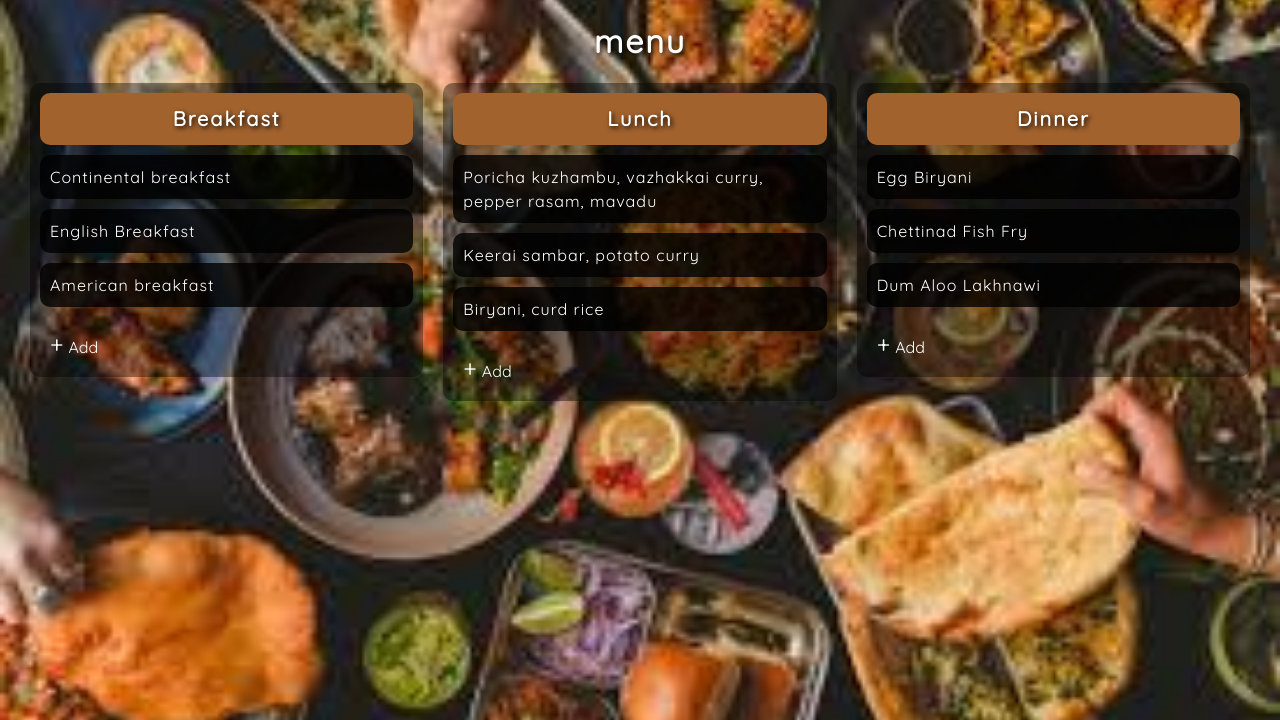
Repository: Anasooya2601/drag-and-drop
Page: index.html
The author's editor kept a copy of each file at every save. The page is drawn from the files as they stood at one save, then again after the next save.
The browser window is 1280 px wide. The pictures show the whole page.

Above is the page before, as saved 2021-02-05 01:35:45.

### index.html
<!DOCTYPE html>
<html lang="en">
<head>
    <meta charset="UTF-8">
    <meta name="viewport" content="width=device-width, initial-scale=1.0">
    <title>Drag and Drop</title>
    <link rel="icon" type="image/png" href="favicon.png">
    <link rel="stylesheet" href="style.css">
</head>
<body>
    <h1 class="main-title">menu</h1>
    <div class="drag-container">
        <ul class="drag-list">
<!-- breakfast column -->

<li class="drag-column backlog-column">
    <span class="header">
        <h1>Breakfast</h1>
    </span>
    <!-- breakfast-content -->
    <div id="backlog-content">
        <ul class="drag-item-list"id= "backlog-list">
            <li class="drag-item"> Continental breakfast</li>
            <li class="drag-item">English Breakfast</li>
            <li class="drag-item">American breakfast</li>
        </ul>
    </div>
    <!-- add-button -->
    <div class="add-btn-group">
        <div class="add-btn">
    <span class="plus-sign">+</span>
    <span>Add</span>
</div>
<div class="add-btn solid">
    <span>save</span>
</div>
<div class="add-container">
    <div class="add-item"></div>

</div>

    </div>
</li>
<li class="drag-column backlog-column">
    <span class="header">
        <h1>Lunch</h1>
    </span>
    <!-- breakfast-content -->
    <div id="backlog-content">
        <ul class="drag-item-list"id= "backlog-list">
            <li class="drag-item"> Poricha kuzhambu, vazhakkai curry, pepper rasam, mavadu</li>
            <li class="drag-item">Keerai sambar, potato curry</li>
            <li class="drag-item">Biryani, curd rice</li>
        </ul>
    </div>
    <!-- add-button -->
    <div class="add-btn-group">
        <div class="add-btn">
    <span class="plus-sign">+</span>
    <span>Add</span>
</div>
<div class="add-btn solid">
    <span>save</span>
</div>
<div class="add-container">
    <div class="add-item"></div>

</div>

    </div>
</li>
<li class="drag-column backlog-column">
    <span class="header">
        <h1>Dinner</h1>
    </span>
    <!-- breakfast-content -->
    <div id="backlog-content">
        <ul class="drag-item-list"id= "backlog-list">
            <li class="drag-item"> Egg Biryani</li>
            <li class="drag-item"> Chettinad Fish Fry</li>
            <li class="drag-item">Dum Aloo Lakhnawi</li>
        </ul>
    </div>
    <!-- add-button -->
    <div class="add-btn-group">
        <div class="add-btn">
    <span class="plus-sign">+</span>
    <span>Add</span>
</div>
<div class="add-btn solid">
    <span>save</span>
</div>
<div class="add-container">
    <div class="add-item"></div>

</div>

    </div>
</li>
        </ul>
    </div>
    <!-- Script -->
    <script src="script.js"></script>
</body>
</html>

### style.css
/* Trees Image - Pexels: https://www.pexels.com/photo/photo-of-trees-in-forest-3801030/ */
@import url("https://fonts.googleapis.com/css?family=Quicksand&display=swap");

html {
  box-sizing: border-box;
}

:root {
  --column-1: #a2622d;
  --column-2: #1b6161;
  --column-3: #248224;
  --column-4: #a22d22;
}

body {
  margin: 0;
  background: url("./food.jpg");
  background-size: cover;
  background-position: 50% 60%;
  background-attachment: fixed;
  color: white;
  font-family: Quicksand, sans-serif;
  overflow-y: hidden;
}

h1 {
  letter-spacing: 2px;
  text-shadow: 2px 2px 5px black;
}

.main-title {
  text-align: center;
  font-size: 3rem;
}

ul {
  list-style-type: none;
  margin: 0;
  padding: 0;
}

.drag-container {
  margin: 20px;
}

.drag-list {
  display: flex;
  align-items: flex-start;
}

/* Columns */
.drag-column {
flex: 1;
  margin: 0 10px;
  position: relative;
  background-color: rgba(0, 0, 0, 0.4);
  border-radius: 10px;
  overflow-x: hidden;
}

.backlog-column .header,
.backlog-column .solid,
.backlog-column .solid:hover,
.backlog-column .over {
  background-color: var(--column-1);
}

.progress-column .header,
.progress-column .solid,
.progress-column .solid:hover,
.progress-column .over {
  background-color: var(--column-2);
}

.complete-column .header,
.complete-column .solid,
.complete-column .solid:hover,
.complete-column .over {
  background-color: var(--column-3);
}

.on-hold-column .header,
.on-hold-column .solid,
.on-hold-column .solid:hover,
.on-hold-column .over {
  background-color: var(--column-4);
}

/* Custom Scrollbar */
.custom-scroll {
  overflow-y: auto;
  max-height: 75vh;
}

.custom-scroll::-webkit-scrollbar-track {
  box-shadow: inset 0 0 6px rgba(0, 0, 0, 0.4);
  border-radius: 10px;
  background-color: rgba(255, 255, 255, 0.3);
  margin-right: 5px;
}

.custom-scroll::-webkit-scrollbar {
  width: 10px;
}

.custom-scroll::-webkit-scrollbar-thumb {
  border-radius: 10px;
  box-shadow: inset 0 0 6px rgba(0, 0, 0, 0.3);
  background-color: rgba(0, 0, 0, 0.8);
}

.header {
  display: flex;
  justify-content: center;
  border-radius: 10px;
  margin: 10px;
}

.header h1 {
  font-size: 1.25rem;
}

/* Drag and Drop */
.over {
  padding: 50px 10px;
}

.drag-item-list {
  min-height: 50px;
}

.drag-item {
  margin: 10px;
  padding: 10px;
  height: fit-content;
  background-color: rgba(0, 0, 0, 0.8);
  border-radius: 10px;
  line-height: 1.5rem;
  letter-spacing: 1px;
  cursor: pointer;
}

.drag-item:focus {
  outline: none;
  background-color: white;
  color: black;
}

/* Add Button Group */
.add-btn-group {
  display: flex;
  justify-content: space-between;
}

.add-btn {
  margin: 10px;
  padding: 5px 10px;
  display: flex;
  align-items: center;
  cursor: pointer;
  width: fit-content;
  border-radius: 5px;
  transition: all 0.3s ease-in;
  user-select: none;
}

.add-btn:hover {
  background-color: rgba(255, 255, 255, 0.9);
  color: black;
}

.add-btn:active {
  transform: scale(0.97);
}

.solid {
  display: none;
}

.solid:hover {
  transition: unset;
  filter: brightness(95%);
  color: white;
}

.plus-sign {
  font-size: 1.5rem;
  margin-right: 5px;
  position: relative;
  top: -3px;
}

.add-container {
  margin: 10px;
  padding: 5px 10px;
  border-radius: 10px;
  background-color: rgba(255, 255, 255, 0.9);
  min-height: 100px;
  display: none;
}

.add-item {
  width: 100%;
  min-height: 100px;
  height: auto;
  background-color: white;
  border-radius: 10px;
  margin: 5px auto;
  resize: none;
  color: black;
  padding: 10px;
}

.add-item:focus {
  outline: none;
}

/* Media Query: Laptop */
@media screen and (max-width: 1800px) {
  .main-title {
    font-size: 2rem;
  }
}

/* Media Query: Large Smartphone (Vertical) */
@media screen and (max-width: 600px) {
  body {
    overflow-y: auto;
  }

  .drag-container {
    margin: 0;
  }

  .drag-list {
    display: block;
  }

  .drag-column {
    margin: 10px;
  }
}

### script.js
const addBtns = document.querySelectorAll('.add-btn:not(.solid)');
const saveItemBtns = document.querySelectorAll('.solid');
const addItemContainers = document.querySelectorAll('.add-container');
const addItems = document.querySelectorAll('.add-item');
// Item Lists
const itemLists = document.querySelectorAll('.drag-item-list');
const backlogList = document.getElementById('backlog-list');
const progressList = document.getElementById('progress-list');
const completeList = document.getElementById('complete-list');
const onHoldList = document.getElementById('on-hold-list');

// Items


// Initialize Arrays
let backlogListArray = [];
let progressListArray = [];
let completeListArray = [];
let onHoldListArray = [];

// Drag Functionality


// Get Arrays from localStorage if available, set default values if not
function getSavedColumns() {
  if (localStorage.getItem('backlogItems')) {
    backlogListArray = JSON.parse(localStorage.backlogItems);
    progressListArray = JSON.parse(localStorage.progressItems);
    completeListArray = JSON.parse(localStorage.completeItems);
    onHoldListArray = JSON.parse(localStorage.onHoldItems);
  } else {
    backlogListArray = ['Release the course', 'Sit back and relax'];
    progressListArray = ['Work on projects', 'Listen to music'];
    completeListArray = ['Being cool', 'Getting stuff done'];
    onHoldListArray = ['Being uncool'];
  }
}

// Set localStorage Arrays
function updateSavedColumns() {
  localStorage.setItem('backlogItems', JSON.stringify(backlogListArray));
  localStorage.setItem('progressItems', JSON.stringify(progressListArray));
  localStorage.setItem('completeItems', JSON.stringify(completeListArray));
  localStorage.setItem('onHoldItems', JSON.stringify(onHoldListArray));
}

// Create DOM Elements for each list item
function createItemEl(columnEl, column, item, index) {
  console.log('columnEl:', columnEl);
  console.log('column:', column);
  console.log('item:', item);
  console.log('index:', index);
  // List Item
  const listEl = document.createElement('li');
  listEl.classList.add('drag-item');

}

// Update Columns in DOM - Reset HTML, Filter Array, Update localStorage
function updateDOM() {
  // Check localStorage once

  // Backlog Column

  // Progress Column

  // Complete Column

  // On Hold Column

  // Run getSavedColumns only once, Update Local Storage


}

After the next save:
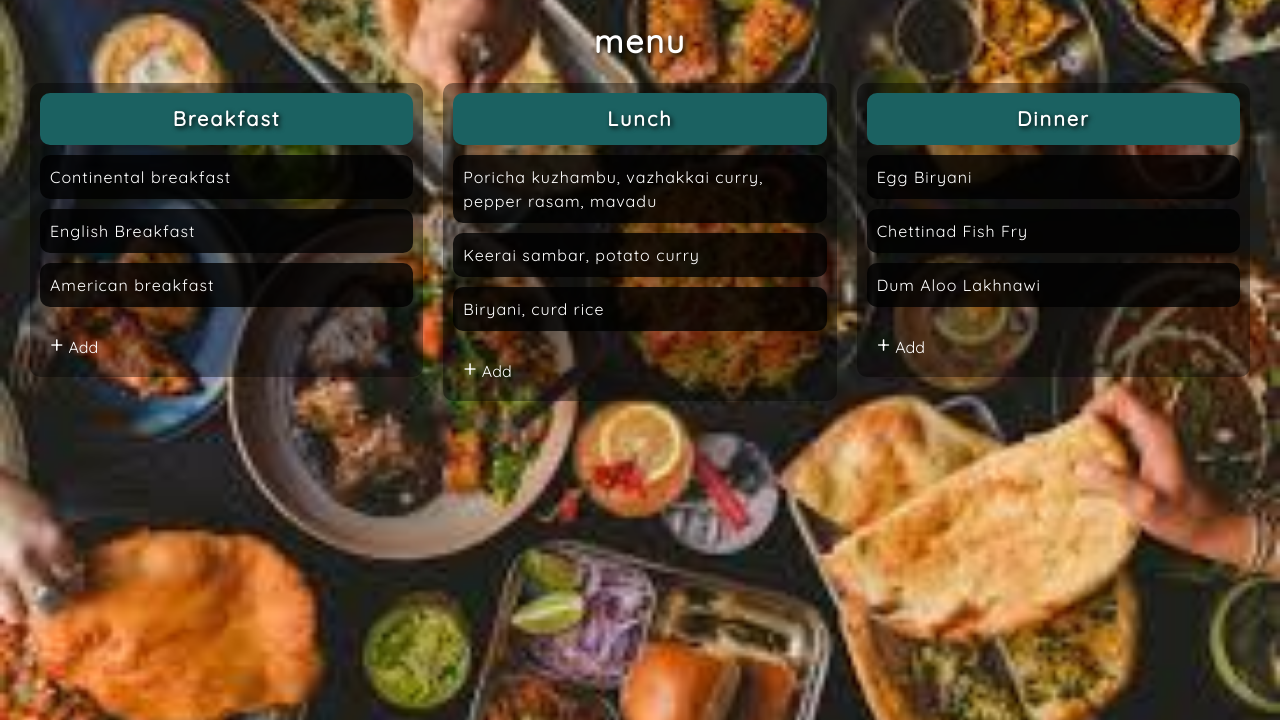
Saved 2 min 8 s later.
--- a/index.html
+++ b/index.html
@@ -13,13 +13,13 @@
         <ul class="drag-list">
 <!-- breakfast column -->
 
-<li class="drag-column backlog-column">
+<li class="drag-column progress-column">
     <span class="header">
         <h1>Breakfast</h1>
     </span>
     <!-- breakfast-content -->
-    <div id="backlog-content">
-        <ul class="drag-item-list"id= "backlog-list">
+    <div id="progress-content">
+        <ul class="drag-item-list"id= "progress-list">
             <li class="drag-item"> Continental breakfast</li>
             <li class="drag-item">English Breakfast</li>
             <li class="drag-item">American breakfast</li>
@@ -41,13 +41,13 @@
 
     </div>
 </li>
-<li class="drag-column backlog-column">
+<li class="drag-column progress-column">
     <span class="header">
         <h1>Lunch</h1>
     </span>
     <!-- breakfast-content -->
-    <div id="backlog-content">
-        <ul class="drag-item-list"id= "backlog-list">
+    <div id="progress-content">
+        <ul class="drag-item-list"id= "progress-list">
             <li class="drag-item"> Poricha kuzhambu, vazhakkai curry, pepper rasam, mavadu</li>
             <li class="drag-item">Keerai sambar, potato curry</li>
             <li class="drag-item">Biryani, curd rice</li>
@@ -69,13 +69,13 @@
 
     </div>
 </li>
-<li class="drag-column backlog-column">
+<li class="drag-column progress-column">
     <span class="header">
         <h1>Dinner</h1>
     </span>
     <!-- breakfast-content -->
-    <div id="backlog-content">
-        <ul class="drag-item-list"id= "backlog-list">
+    <div id="progress-content">
+        <ul class="drag-item-list"id= "progress-list">
             <li class="drag-item"> Egg Biryani</li>
             <li class="drag-item"> Chettinad Fish Fry</li>
             <li class="drag-item">Dum Aloo Lakhnawi</li>
